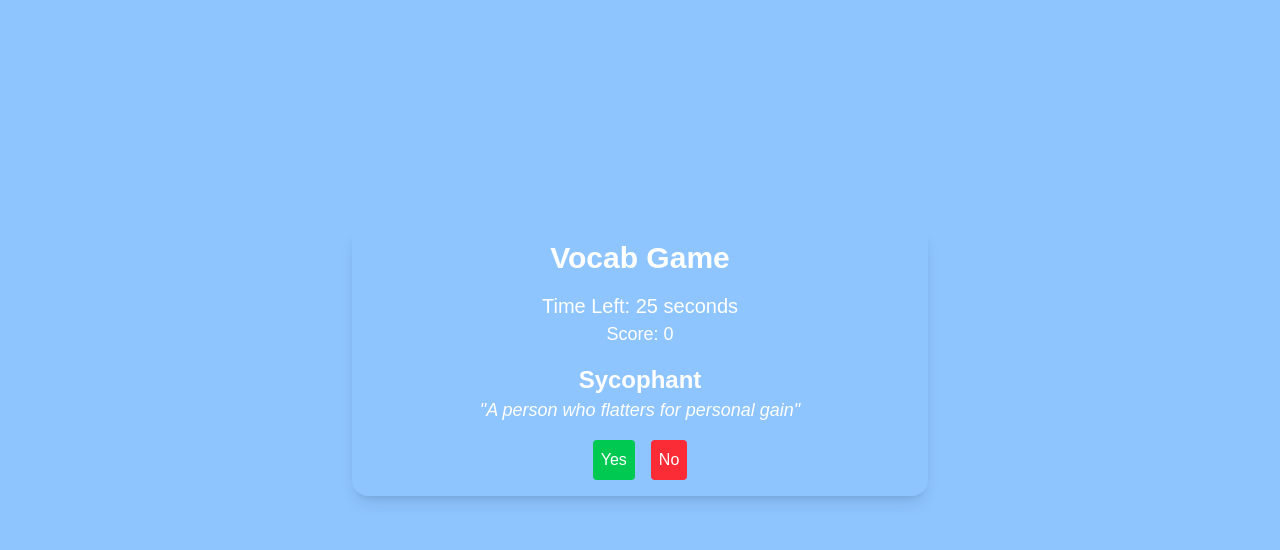
Repository: oxniw/bio-vocab
Page: /game
The author's editor kept a copy of each file at every save. The page is drawn from the files as they stood at one save, then again after the next save.
The browser window is 1280 px wide. The pictures show the whole page.
The project was rebuilt for these pictures with package versions that can differ from the ones it lists, and the page was loaded fresh each time. The framework's server and built-in components were replaced by stand-ins that run in the browser. Also part of the build but not shown: next.config.ts.

Above is the page before, as saved 2025-04-03 22:35:48.

### src/app/game/page.jsx
'use client';

import { useState, useEffect } from 'react';
import Image from 'next/image';
const words = [
  { word: 'Ephemeral', definition: 'Lasting a very short time' },
  { word: 'Tenacious', definition: 'Holding fast; persistent' },
  { word: 'Ineffable', definition: 'Too great to be expressed in words' },
  { word: 'Sycophant', definition: 'A person who flatters for personal gain' },
  { word: 'Pernicious', definition: 'Having a harmful effect' }
];

export default function VocabGame() {
  const [currentWord, setCurrentWord] = useState('');
  const [currentDef, setCurrentDef] = useState('');
  const [score, setScore] = useState(0);
  const [timeLeft, setTimeLeft] = useState(30);
  const [gameOver, setGameOver] = useState(false);

  useEffect(() => {
    startGame();
  }, []);

  useEffect(() => {
    if (timeLeft > 0) {
      const timer = setTimeout(() => setTimeLeft(timeLeft - 1), 1000);
      return () => clearTimeout(timer);
    } else {
      setGameOver(true);
    }
  }, [timeLeft]);

  function getNewWord() {
    const wordObj = words[Math.floor(Math.random() * words.length)];
    const useCorrectDef = Math.random() > 0.5;
    setCurrentWord(wordObj.word);
    setCurrentDef(useCorrectDef ? wordObj.definition : words[Math.floor(Math.random() * words.length)].definition);
  }

  function startGame() {
    setScore(0);
    setTimeLeft(30);
    setGameOver(false);
    getNewWord();
  }

  function handleAnswer(isCorrect) {
    if (!gameOver) {
      const correctDef = words.find(w => w.word === currentWord).definition === currentDef;
      setScore(prev => prev + (correctDef === isCorrect ? 1 : -1));
      getNewWord();
    }
  }

  return (
    <div className=" items-center justify-center flex bg-black h-screen overflow-x-hidden relative">
      <Image
      className="absolute top-24 -left-36 rotate-45"
      src="/com/cysphere.svg"
      alt="Next.js logo"
      width={612/2 }
      height={408/2 }
      priority
      />
      <Image
      className="absolute top-24 -right-10 rotate-45 scale-75"
      src="/com/cysphere.svg"
      alt="Next.js logo"
      width={612/2 }
      height={408/2 }
      priority
      />
      <Image
      className="absolute bottom-0 left-0 "
      src="/com/cyd3.svg"
      alt="Next.js logo"
      width={343 }
      height={411 }
      priority
      />
      <Image
      className="absolute bottom-0 right-0 "
      src="/com/cy2d.svg"
      alt="Next.js logo"
      width={343 }
      height={411 }
      priority
      />
      <Image
      className="absolute scale-125"
      src="/com/cy4d.svg"
      alt="Next.js logo"
      width={343 }
      height={411 }
      priority
      />
      <div className='w-full h-screen  flex items-center absolute text-white justify-center overflow-hidden backdrop-opacity-100 bg-blue-300'>

        <div className="flex-col flex items-center w-full p-4  max-w-xl rounded-2xl shadow-lg bg-gradient-to-r ">
        <h1 className="text-3xl font-bold mb-4">Vocab Game</h1>
        <p className="text-xl">Time Left: {timeLeft} seconds</p>
        <p className="text-lg">Score: {score}</p>
        {gameOver ? (
          <button className="mt-4 p-2 bg-blue-500 text-white rounded" onClick={startGame}>
            Restart Game
          </button>
        ) : (
          <>
            <p className="text-2xl font-semibold mt-4">{currentWord}</p>
            <p className="text-lg italic mb-4">"{currentDef}"</p>
            <div className="flex gap-4">
              <button className="p-2 bg-green-500 text-white rounded" onClick={() => handleAnswer(true)}>
                Yes
              </button>
              <button className="p-2 bg-red-500 text-white rounded" onClick={() => handleAnswer(false)}>
                No
              </button>
            </div>
          </>
        )}
        </div>

      </div>


    </div>

  );
}

Loaded but not shown: src/app/layout.tsx (common file); src/app/globals.css (common file)

After the next save:
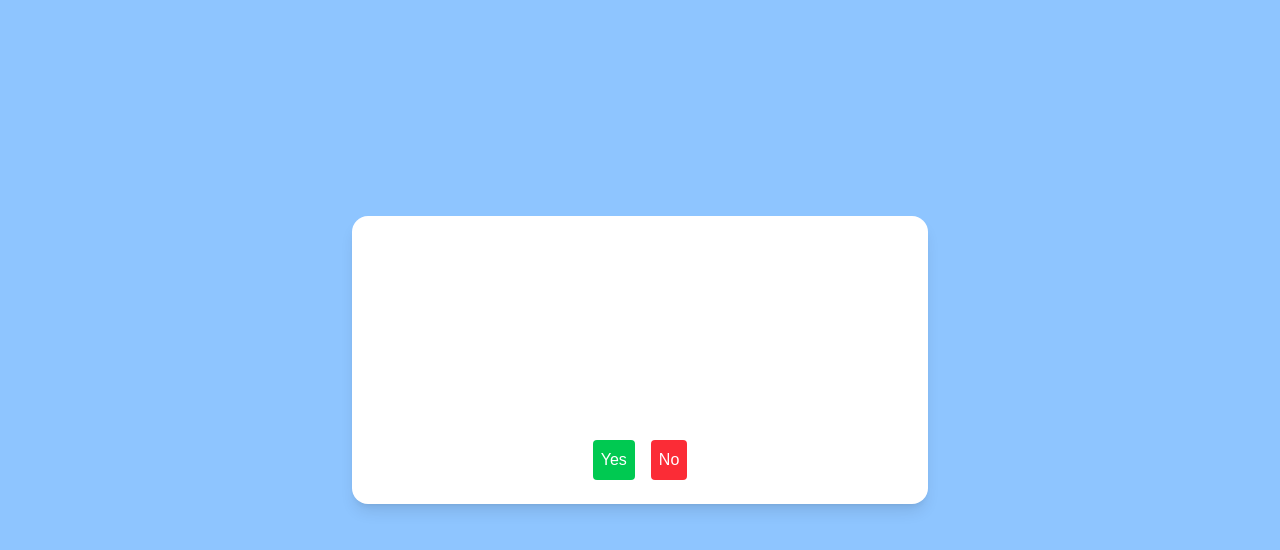
Saved 110 s later.
--- a/src/app/game/page.jsx
+++ b/src/app/game/page.jsx
@@ -94,33 +94,33 @@
       height={411 }
       priority
       />
-      <div className='w-full h-screen  flex items-center absolute text-white justify-center overflow-hidden backdrop-opacity-100 bg-blue-300'>
+      <div className="w-full h-screen flex items-center justify-center absolute text-white overflow-hidden bg-blue-300 bg-opacity-30 backdrop-blur-lg">
+  <div className="flex flex-col items-center w-full p-6 max-w-xl rounded-2xl shadow-lg bg-white bg-opacity-100">
+    <h1 className="text-3xl font-bold mb-4">Vocab Game</h1>
+    <p className="text-xl">Time Left: {timeLeft} seconds</p>
+    <p className="text-lg">Score: {score}</p>
 
-        <div className="flex-col flex items-center w-full p-4  max-w-xl rounded-2xl shadow-lg bg-gradient-to-r ">
-        <h1 className="text-3xl font-bold mb-4">Vocab Game</h1>
-        <p className="text-xl">Time Left: {timeLeft} seconds</p>
-        <p className="text-lg">Score: {score}</p>
-        {gameOver ? (
-          <button className="mt-4 p-2 bg-blue-500 text-white rounded" onClick={startGame}>
-            Restart Game
+    {gameOver ? (
+      <button className="mt-4 p-2 bg-blue-500 text-white rounded hover:bg-blue-600 transition">
+        Restart Game
+      </button>
+    ) : (
+      <>
+        <p className="text-2xl font-semibold mt-4">{currentWord}</p>
+        <p className="text-lg italic mb-4">"{currentDef}"</p>
+        <div className="flex gap-4">
+          <button className="p-2 bg-green-500 text-white rounded hover:bg-green-600 transition">
+            Yes
           </button>
-        ) : (
-          <>
-            <p className="text-2xl font-semibold mt-4">{currentWord}</p>
-            <p className="text-lg italic mb-4">"{currentDef}"</p>
-            <div className="flex gap-4">
-              <button className="p-2 bg-green-500 text-white rounded" onClick={() => handleAnswer(true)}>
-                Yes
-              </button>
-              <button className="p-2 bg-red-500 text-white rounded" onClick={() => handleAnswer(false)}>
-                No
-              </button>
-            </div>
-          </>
-        )}
+          <button className="p-2 bg-red-500 text-white rounded hover:bg-red-600 transition">
+            No
+          </button>
         </div>
+      </>
+    )}
+  </div>
+</div>
 
-      </div>
 
 
     </div>
